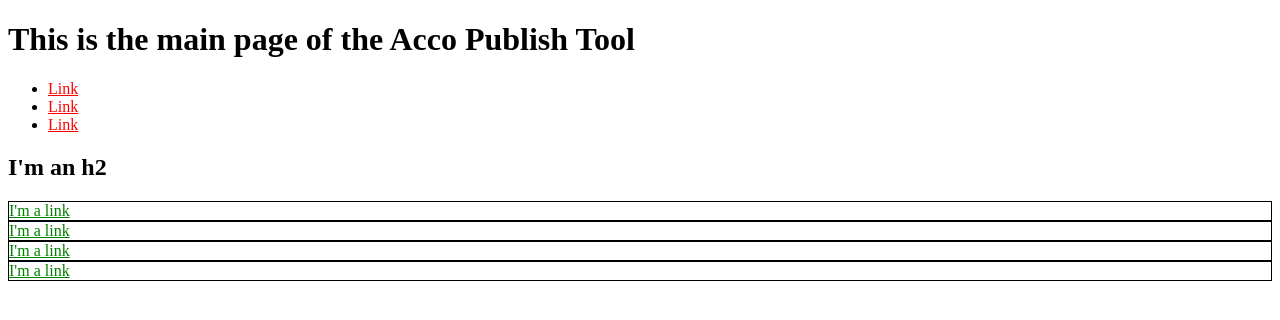
Repository: wimkinnet/Acco_Publish
Page: index.html
The author's editor kept a record of every edit. The page is drawn from the files as they stood at one moment, then again after the next edit.
The browser window is 1280 px wide. The pictures show the whole page.

Above is the page before.

### index.html
<!DOCTYPE html>
<html>
  <head>
    <title>Publish Tool - Main page</title>
    <meta charset = "utf-8">
    <style>
      a {
        color: red;
      }
      #exec-bio {
        background-color: lightgrey;
      }
      .bio-box {
        border: 1px solid black;
      }
      .bio-box a {
        color: green;
      }
    </style>
  </head>
  <body>
    <h1>This is the main page of the Acco Publish Tool</h1>
    <ul>
      <li>
        <a href="http://example.com/">Link</a>
      </li>
      <li>
        <a href="http://example.com/">Link</a>
      </li>
      <li>
        <a href="http://example.com/">Link</a>
      </li>
    </ul>
    <h2>I'm an h2</h2>
    <div id="bio-exec" class="bio-box">
      <a href="http://example.com/">I'm a link</a>
    </div>
    <div class="bio-box">
      <a href="http://example.com/">I'm a link</a>
    </div>
    <div class="bio-box">
      <a href="http://example.com/">I'm a link</a>
    </div>
    <div class="bio-box">
      <a href="http://example.com/">I'm a link</a>
    </div>
  </body>
</html>

After the next edit:
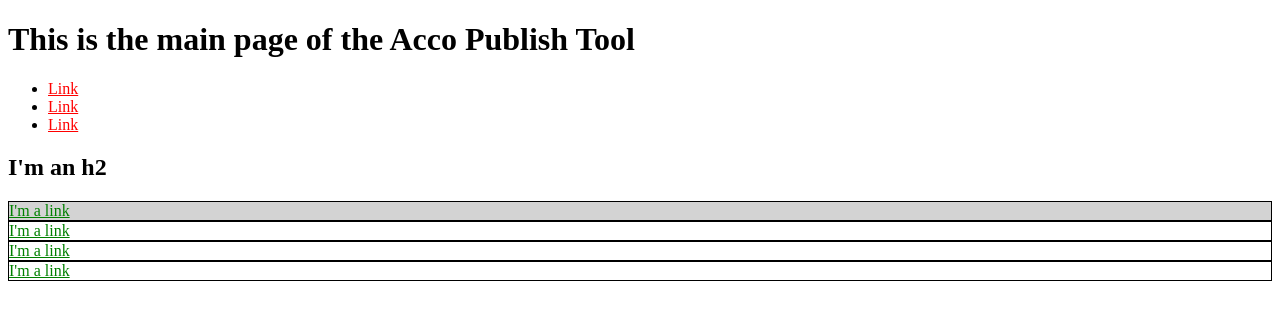
The edit:
--- a/index.html
+++ b/index.html
@@ -7,7 +7,7 @@
       a {
         color: red;
       }
-      #exec-bio {
+      #bio-exec {
         background-color: lightgrey;
       }
       .bio-box {
